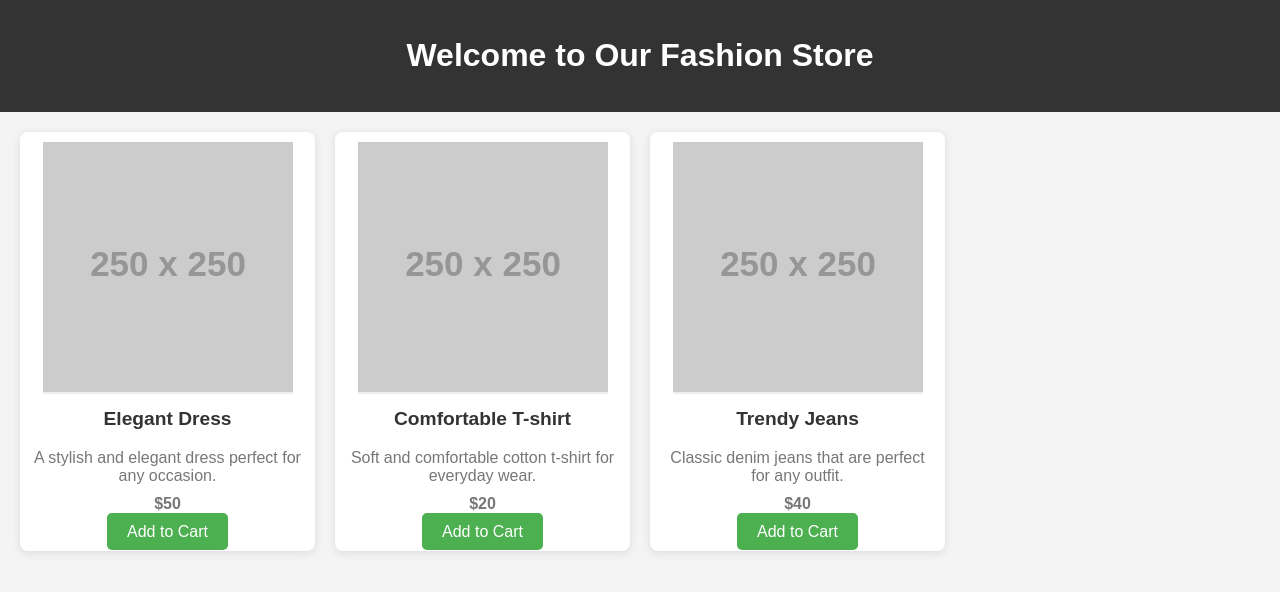
Repository: Thang871/web-thoi-trang
Page: http://localhost/
These files come from the project's save history. The page is drawn as it stood at one moment and after the next save; the edit follows.
The browser window is 1280 px wide. The pictures show the whole page.
The page is served by the project's application, run on Flask 3 (app.py).

Above is the page before, as saved 2024-11-25 08:24:57.

### templates/products.html
<!DOCTYPE html>
<html lang="en">
<head>
    <meta charset="UTF-8">
    <meta name="viewport" content="width=device-width, initial-scale=1.0">
    <title>Our Fashion Products</title>
    <style>
        body {
            font-family: Arial, sans-serif;
            background-color: #f4f4f4;
            margin: 0;
            padding: 0;
        }
        header {
            background-color: #333;
            color: white;
            text-align: center;
            padding: 1em;
        }
        .product-container {
            display: grid;
            grid-template-columns: repeat(auto-fill, minmax(250px, 1fr));
            gap: 20px;
            padding: 20px;
        }
        .product {
            background: white;
            border-radius: 8px;
            box-shadow: 0 2px 10px rgba(0, 0, 0, 0.1);
            overflow: hidden;
            text-align: center;
            padding: 10px;
        }
        .product img {
            max-width: 100%;
            height: auto;
            border-bottom: 2px solid #eee;
        }
        .product h3 {
            color: #333;
            font-size: 1.2em;
            margin-top: 10px;
        }
        .product p {
            color: #777;
            font-size: 1em;
            margin: 10px 0;
        }
        .price {
            color: #e91e63;
            font-size: 1.4em;
            font-weight: bold;
        }
        .btn-add-to-cart {
            background-color: #4CAF50;
            color: white;
            padding: 10px 20px;
            border: none;
            border-radius: 5px;
            cursor: pointer;
            text-decoration: none;
        }
        .btn-add-to-cart:hover {
            background-color: #45a049;
        }
    </style>
</head>
<body>

    <!-- Header -->
    <header>
        <h1>Welcome to Our Fashion Store</h1>
    </header>

    <!-- Product Grid -->
    <div class="product-container">
        <!-- Product 1 -->
        <div class="product">
            <img src="https://via.placeholder.com/250x250" alt="Dress">
            <h3>Elegant Dress</h3>
            <p>A stylish and elegant dress perfect for any occasion.</p>
            <p class="price">$50</p>
            <a href="#" class="btn-add-to-cart">Add to Cart</a>
        </div>

        <!-- Product 2 -->
        <div class="product">
            <img src="https://via.placeholder.com/250x250" alt="T-shirt">
            <h3>Comfortable T-shirt</h3>
            <p>Soft and comfortable cotton t-shirt for everyday wear.</p>
            <p class="price">$20</p>
            <a href="#" class="btn-add-to-cart">Add to Cart</a>
        </div>

        <!-- Product 3 -->
        <div class="product">
            <img src="https://via.placeholder.com/250x250" alt="Jeans">
            <h3>Trendy Jeans</h3>
            <p>Classic denim jeans that are perfect for any outfit.</p>
            <p class="price">$40</p>
            <a href="#" class="btn-add-to-cart">Add to Cart</a>
        </div>
    </div>

</body>
</html>

### app.py
from flask import Flask, render_template, session, redirect, url_for

app = Flask(__name__)
app.secret_key = 'your_secret_key'  # Mã bí mật cho session

# Dữ liệu sản phẩm mẫu
products = [
    {'id': 1, 'name': 'Elegant Dress', 'description': 'A stylish and elegant dress perfect for any occasion.', 'price': 50.00, 'image': 'dress.jpg'},
    {'id': 2, 'name': 'Comfortable T-shirt', 'description': 'Soft and comfortable cotton t-shirt for everyday wear.', 'price': 20.00, 'image': 'tshirt.jpg'},
    {'id': 3, 'name': 'Trendy Jeans', 'description': 'Classic denim jeans that are perfect for any outfit.', 'price': 40.00, 'image': 'jeans.jpg'}
]

@app.route('/')
def home():
    return render_template('products.html', products=products)

@app.route('/add_to_cart/<int:product_id>')
def add_to_cart(product_id):
    product = next((prod for prod in products if prod['id'] == product_id), None)
    if product:
        cart = session.get('cart', [])
        cart.append(product)
        session['cart'] = cart
    return redirect(url_for('home'))

if __name__ == '__main__':
    app.run(debug=True, host='0.0.0.0', port=5000)

After the next save:
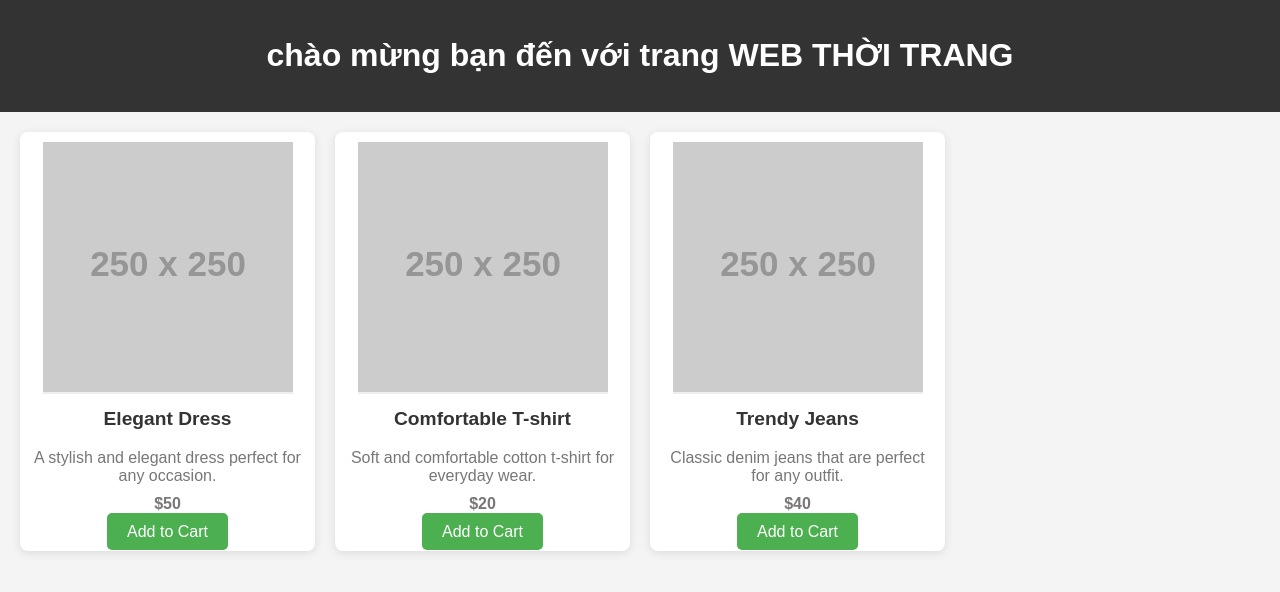
Saved 2 min 22 s later.
--- a/templates/products.html
+++ b/templates/products.html
@@ -69,7 +69,7 @@
 
     <!-- Header -->
     <header>
-        <h1>Welcome to Our Fashion Store</h1>
+        <h1>chào mừng bạn đến với trang WEB THỜI TRANG</h1>
     </header>
 
     <!-- Product Grid -->
